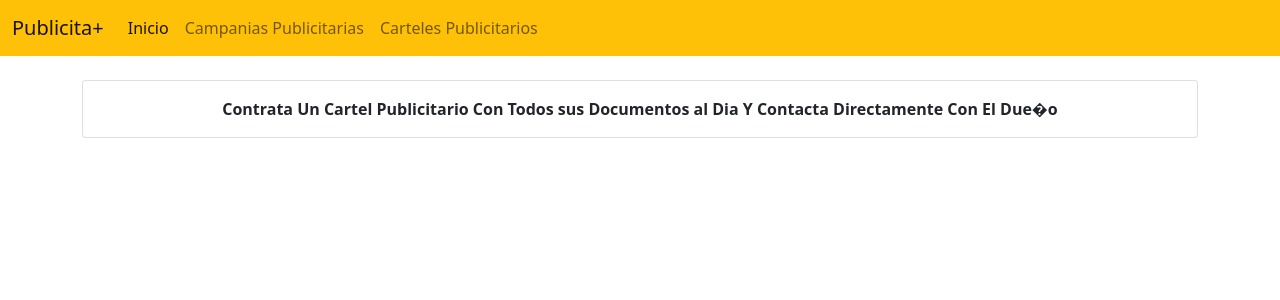
Repository: programador23/PublicitaMasWebVersionFinal
Page: http://localhost/carteles/listacarteles
An editor plug-in stored every save of this project. The page is shown before and after the next save, followed by the edit.
The browser window is 1280 px wide. The pictures show the whole page.
The page is this project's Thymeleaf template; nobody is signed in. The template is opened directly, without the code that normally fills it, so the values that code supplies are empty.

Above is the page before, as saved 2021-07-05 23:13:31.

### PublicitaMasWeb-master/src/main/resources/templates/carteles/listacarteles.html
<!DOCTYPE html>
<html xmlns:th="http://www.thymeLeaf.org">

<head>
	<meta charset="ISO-8859-1">
	<title>Lista de Carteles</title>
	<link href="https://cdn.jsdelivr.net/npm/bootstrap@5.0.0-beta2/dist/css/bootstrap.min.css" rel="stylesheet"
		integrity="sha384-BmbxuPwQa2lc/FVzBcNJ7UAyJxM6wuqIj61tLrc4wSX0szH/Ev+nYRRuWlolflfl" crossorigin="anonymous">

</head>
<header>
	<nav class="navbar navbar-expand-lg navbar-light bg-warning">
		<div class="container-fluid">
			<a class="navbar-brand" href="#">Publicita+</a>
			<button class="navbar-toggler" type="button" data-bs-toggle="collapse" data-bs-target="#navbarNavAltMarkup"
				aria-controls="navbarNavAltMarkup" aria-expanded="false" aria-label="Toggle navigation">
				<span class="navbar-toggler-icon"></span>
			</button>
			<div class="collapse navbar-collapse" id="navbarNavAltMarkup">
				<div class="navbar-nav">
					<a class="nav-link active" aria-current="page" href="/index">Inicio</a>
					<a class="nav-link" href="/listarPublicidad">Campanias Publicitarias</a>
					<a class="nav-link" href="/listacarteles">Carteles Publicitarios</a>



				</div>
			</div>
		</div>
	</nav>
</header>

<body>



<div class="container mt-4">
<div class="card">
  <div class="card-body text-center" >
    <b>Contrata Un Cartel Publicitario Con Todos sus Documentos al Dia Y Contacta Directamente Con El Dueño </b>
  </div>
</div>
<br>

<div class="row">
 <td th:each="cartelpublicitarios:${cartelpublicitarios}">
<div class="card" style="width: 18rem;">
  <div class="card-body">
  <img th:src="@{'/recursos/' + ${cartelpublicitarios.image}}" class="card-img-top" alt="">
    <h5 class="card-title" th:text="${cartelpublicitarios.titulo} ">Card title</h5>
    Comuna<p class="card-text" th:text="${cartelpublicitarios.comuna}"></p>
    Direccion<p class="card-text" th:text="${cartelpublicitarios.direccion}"></p>
    Precio<p class="card-text" th:text="${cartelpublicitarios.precio}"></p>
    <a th:href="@{detallecartel/}+${cartelpublicitarios.id}" class="btn btn-warning">Ver Publicacion</a>
  </div>

</div>
<br>
</td>
</div>
</div>
</body>

</html>

After the next save:
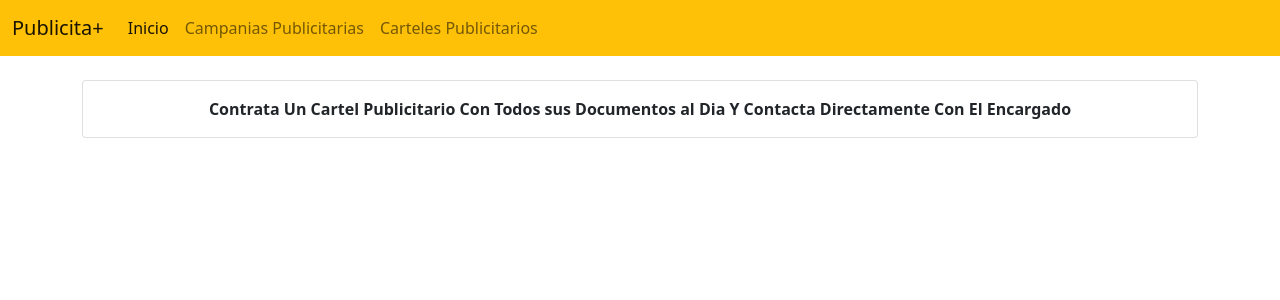
Saved 73 s later.
--- a/PublicitaMasWeb-master/src/main/resources/templates/carteles/listacarteles.html
+++ b/PublicitaMasWeb-master/src/main/resources/templates/carteles/listacarteles.html
@@ -37,7 +37,7 @@
 <div class="container mt-4">
 <div class="card">
   <div class="card-body text-center" >
-    <b>Contrata Un Cartel Publicitario Con Todos sus Documentos al Dia Y Contacta Directamente Con El Dueño </b>
+    <b>Contrata Un Cartel Publicitario Con Todos sus Documentos al Dia Y Contacta Directamente Con El Encargado </b>
   </div>
 </div>
 <br>
